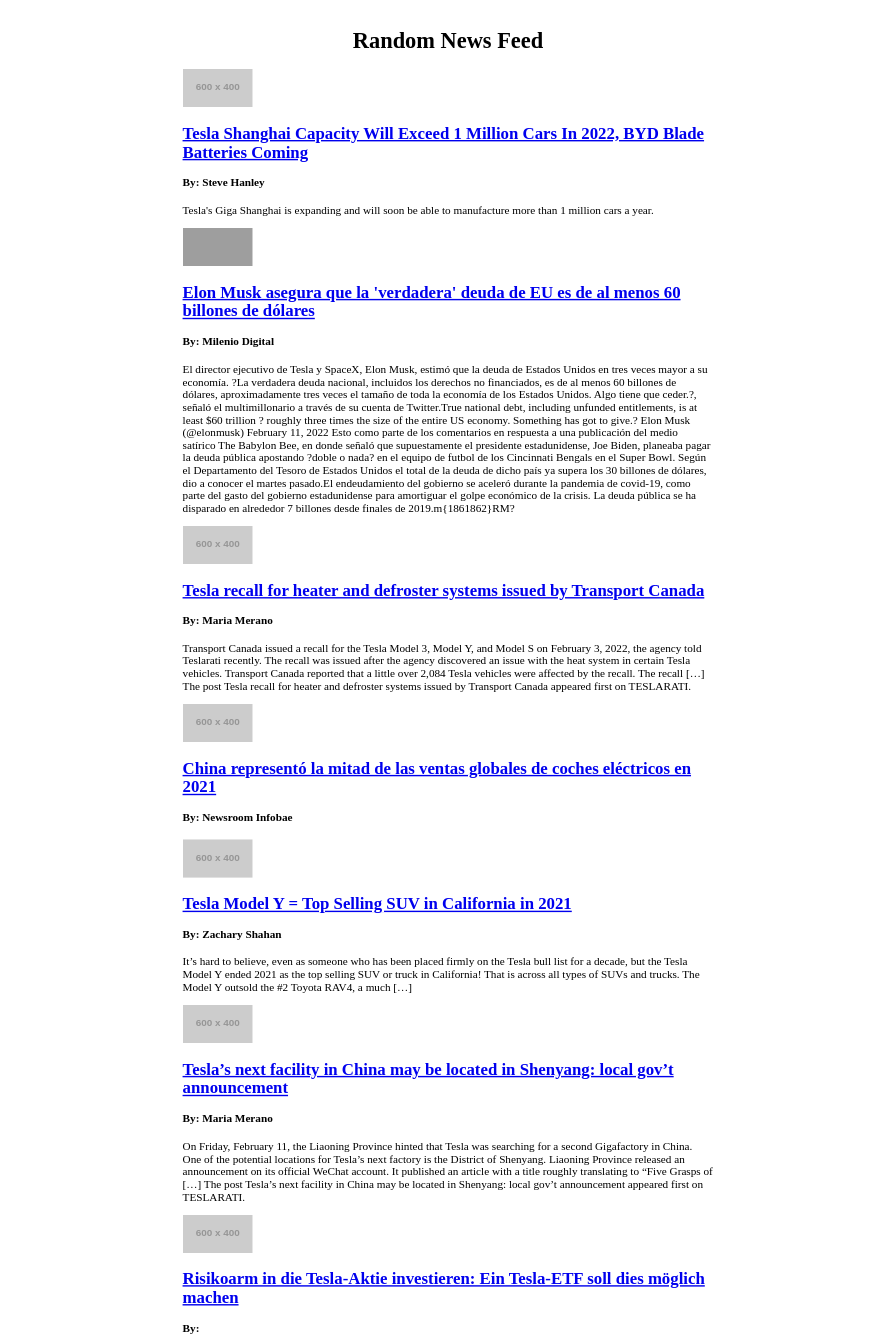
Repository: SamanthaYan298/my_news
Page: /
The author's editor kept a copy of each file at every save. The page is drawn from the files as they stood at one save, then again after the next save.
The browser window is 1280 px wide. The pictures show the part of the page from y = 0 to 1920 px (the page is 18699 px tall before and 42504 px after), at 70% of full size.
Pictures or frames that could not be fetched are drawn as grey boxes. The project was rebuilt for these pictures with package versions that can differ from the ones it lists, and the page was loaded fresh each time. Also part of the build but not shown: vite.config.js.

Above is the page before, as saved 2024-09-23 17:03:04.

### src/App.jsx
import news_feed from './sample_news_stories.json';

function App() {

  // Get stories from news feed
  const stories = news_feed.results;

  return (
    <div className="App">
      <h1>Random News Feed</h1>
      <div>
        {stories.map((story, index) => (
          <div key={index}>
            <div>
              <img
                src={story.image_url || 'https://placehold.co/600x400'}
                alt={story.title}
                style={{
                  width: '100px',
                  height: '55px'
                }}
              />
            </div>
            <a href={story.link}><h2>{story.title}</h2></a>
            <h4>By: {story.creator}</h4>
            <p>{story.description}</p>
          </div>
        ))}
      </div>
    </div>
  );
}

export default App;

### src/index.css
.App {
  padding: 10px;
  max-width: 60%;
  margin: auto;
}

.App > h1 {
  text-align: center;
}

.feed {
  display: flex;
  flex-direction: column;
  gap: 1em;
}

.story {
  position: relative;
  padding: 1em;
  box-shadow: 0 1px 2px #aeaeae;
}

.story span.delete {
  position: absolute;
  /* padding: 1px 3px; */
  width: 1rem;
  height: 1rem;
  text-align: center;
  line-height: 0.8;
  top: 0;
  right: 0;
  background: red;
  color: #fff;
  cursor: pointer;
}

.story_header {
  display: flex;
  flex-direction: row;
  gap: 1em;
}

.story_header h1 {
  margin: 0;
  padding: 0;
  font-size: 1.5em;
}

.story_header h1 > a {
  text-decoration: none;
}

.story_creator {
  display: block;
  font-size: 1rem;
  margin-top: 1rem;
}

.story_image {
  max-width: 20%;
}

.story_image img {
  width: 100%;
}

Loaded but not shown: index.html (common file); src/main.jsx (common file); src/sample_news_stories.json (1743 lines, source omitted)

After the next save:
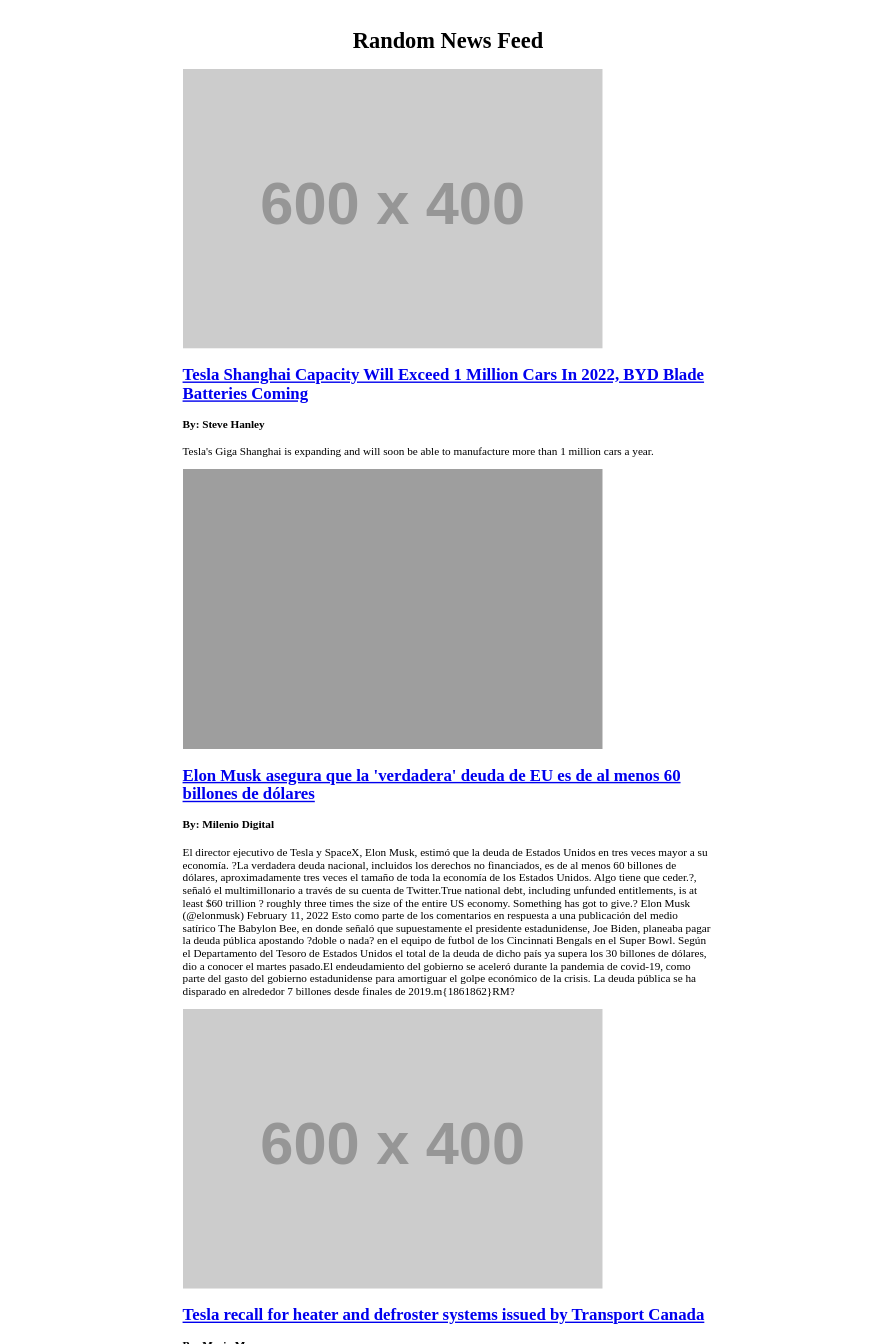
Saved 14 s later.
--- a/src/App.jsx
+++ b/src/App.jsx
@@ -16,8 +16,8 @@
                 src={story.image_url || 'https://placehold.co/600x400'}
                 alt={story.title}
                 style={{
-                  width: '100px',
-                  height: '55px'
+                  width: '600px',
+                  height: '400px'
                 }}
               />
             </div>

After the save that followed:
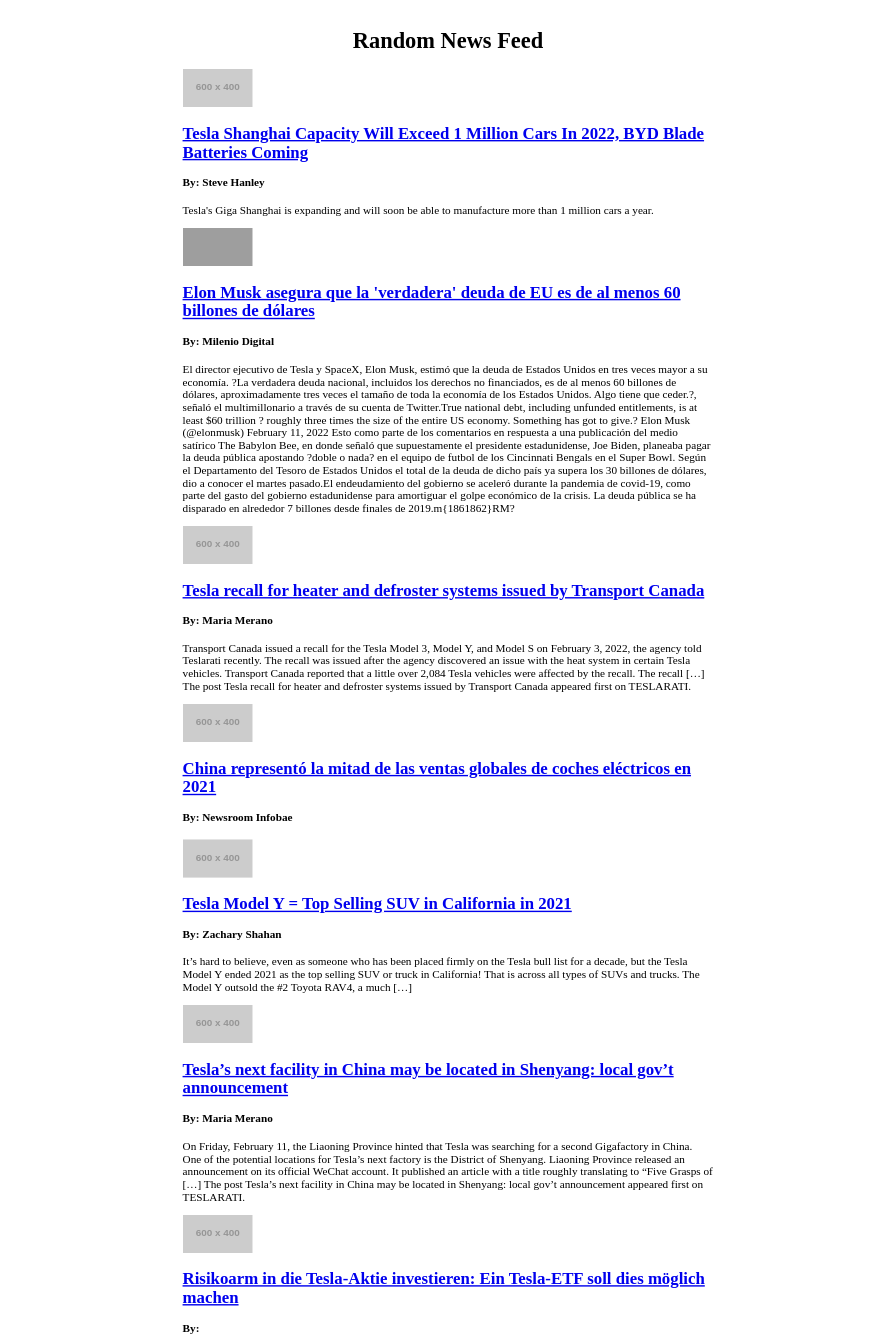
Saved 6 s later.
--- a/src/App.jsx
+++ b/src/App.jsx
@@ -16,8 +16,8 @@
                 src={story.image_url || 'https://placehold.co/600x400'}
                 alt={story.title}
                 style={{
-                  width: '600px',
-                  height: '400px'
+                  width: '100px',
+                  height: '55px'
                 }}
               />
             </div>
